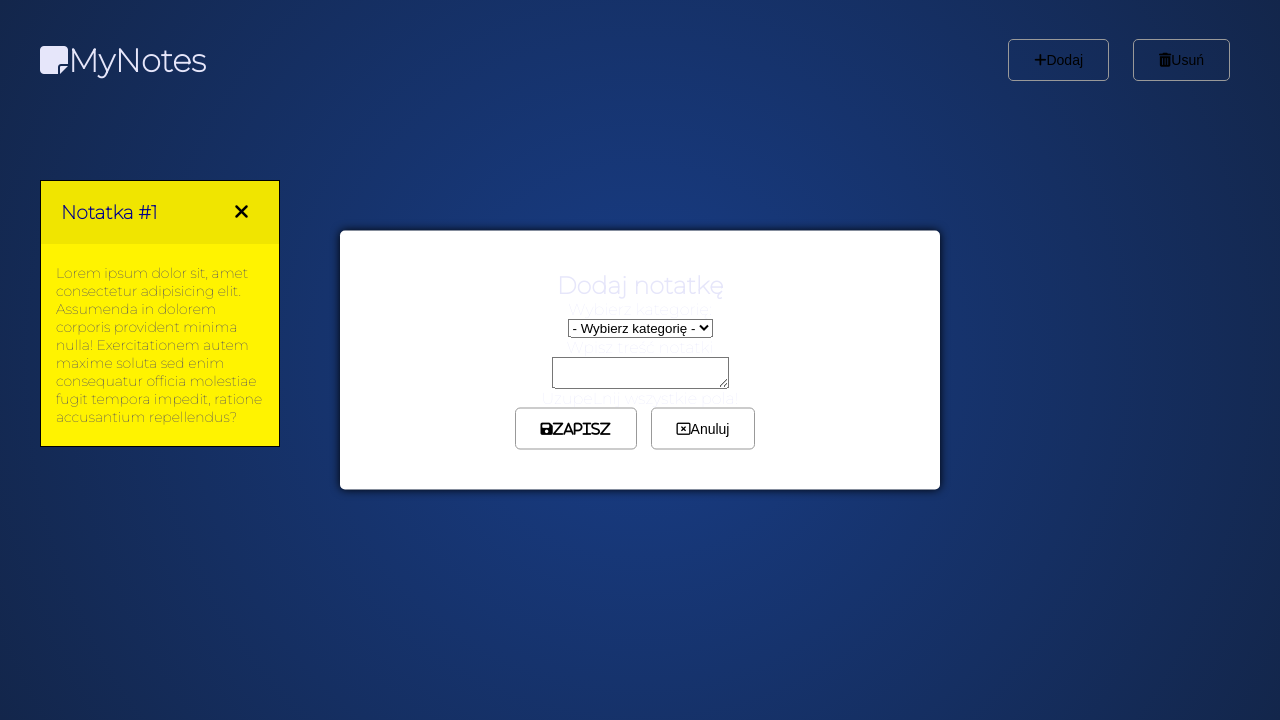
Repository: KrzysKolo/Projekt-7_Notes
Page: js/index.html
The author's editor kept a copy of each file at every save. The page is drawn from the files as they stood at one save, then again after the next save.
The browser window is 1280 px wide. The pictures show the whole page.
Some web libraries are served in a nearby version.

Above is the page before, as saved 2020-07-07 13:57:40.
Console error: SyntaxError: Unexpected token '<'

### js/index.html
<!DOCTYPE html>
<html lang="en">
  <head>
    <meta charset="UTF-8" />
    <meta name="viewport" content="width=device-width, initial-scale=1.0" />
    <title>projekt 6 - My notes</title>
    <script
      src="https://kit.fontawesome.com/21efeaf281.js"
      crossorigin="anonymous"
    ></script>
    <link
      href="https://fonts.googleapis.com/css2?family=Montserrat:wght@100&display=swap"
      rel="stylesheet"
    />
    <link rel="stylesheet" href="./../css/style.css" />
  </head>
  <body>
    <div class="menu">
      <h1><i class="fas fa-sticky-note"></i>MyNotes</h1>
      <div class="menu-buttons">
        <button class="add icon"><i class="fas fa-plus"></i>Dodaj</button>
        <button class="delete-all icon">
          <i class="fas fa-trash-alt"></i>Usuń
        </button>
      </div>
    </div>

    <div class="note-area">
      <div class="note">
        <div class="note-header">
          <h3 class="note-title">Notatka #1</h3>
          <button class="delete-note"><i class="fas fa-times icon"></i></button>
        </div>

        <div class="note-body">
          Lorem ipsum dolor sit, amet consectetur adipisicing elit. Assumenda in
          dolorem corporis provident minima nulla! Exercitationem autem maxime
          soluta sed enim consequatur officia molestiae fugit tempora impedit,
          ratione accusantium repellendus?
        </div>
      </div>
    </div>

    <div class="note-panel">
      <h2>Dodaj notatkę</h2>
      <label for="category">Wybierz kategorię: </label>
      <select id="category">
        <option value="0" disabled selected>- Wybierz kategorię -</option>
        <option value="1">Praca</option>
        <option value="2">Dom</option>
        <option value="3">Zakupy</option>
        <option value="4">Inne</option>
      </select>

      <label for="text">Wpisz treść notatki</label>
      <textarea id="text"></textarea>

      <p class="error">UzupeLnij wszystkie pola!</p>
      <div class="panel-buttons">
        <button class="save icon"><i class="fas fa-save">Zapisz</i></button>
        <button class="cancel icon">
          <i class="far fa-window-close"></i>Anuluj
        </button>
      </div>
    </div>
    <script src="./../js/index.html"></script>
  </body>
</html>

### css/style.css
* {
  box-sizing: border-box;
  padding: 0;
  margin: 0;
}
body {
  height: 100vh;
  font-family: "Montserrat", sans-serif;
  background-image: radial-gradient(
    circle,
    rgba(24, 60, 132, 1) 5%,
    rgba(19, 38, 75, 1) 100%
  );
  color: lavender;
}
.menu {
  display: flex;
  justify-content: space-between;
  align-items: center;
  padding: 40px;
  height: 120px;
}
.menu button,
.note-panel .save,
.note-panel .cancel {
  padding: 12px 25px;
  background: none;
  border: 1px solid #999;
  border-radius: 5px;
  font-size: 14px;
  cursor: pointer;
  transition: background-color 0.3s, color 0.3s;
}
.menu button:hover,
.note-panel .save:hover,
.note-panel .cancel:hover {
  background-color: navy;
  color: paleturquoise;
}
.icon {
  margin-right: 10px;
}
.add {
  margin-right: 20px;
}
.note-area {
  display: flex;
  /*align-items: start;*/
  flex-wrap: wrap;
  padding: 20px;
}
.note {
  margin: 40px 20px;
  width: 240px;
  background-color: rgb(255, 243, 0);
  color: darkblue;
  border: 1px solid black;
}
.note-header {
  display: flex;
  justify-content: space-between;
  align-items: center;
  padding: 20px;
  background-color: rgba(0, 0, 0, 0.06);
}
.note-header .delete-note {
  background: none;
  font-size: 20px;
  border: none;
  cursor: pointer;
}
.note-body {
  padding: 20px 15px;
  font-size: 14px;
}
.note-panel {
  display: flex;
  justify-content: center;
  align-items: center;
  flex-direction: column;
  position: absolute;
  top: 50%;
  left: 50%;
  transform: translate(-50%, -50%);
  padding: 40px 0;
  width: 600px;
  background-color: #fff;
  box-shadow: 0 0 10px black;
  border-radius: 5px;
}

After the next save:
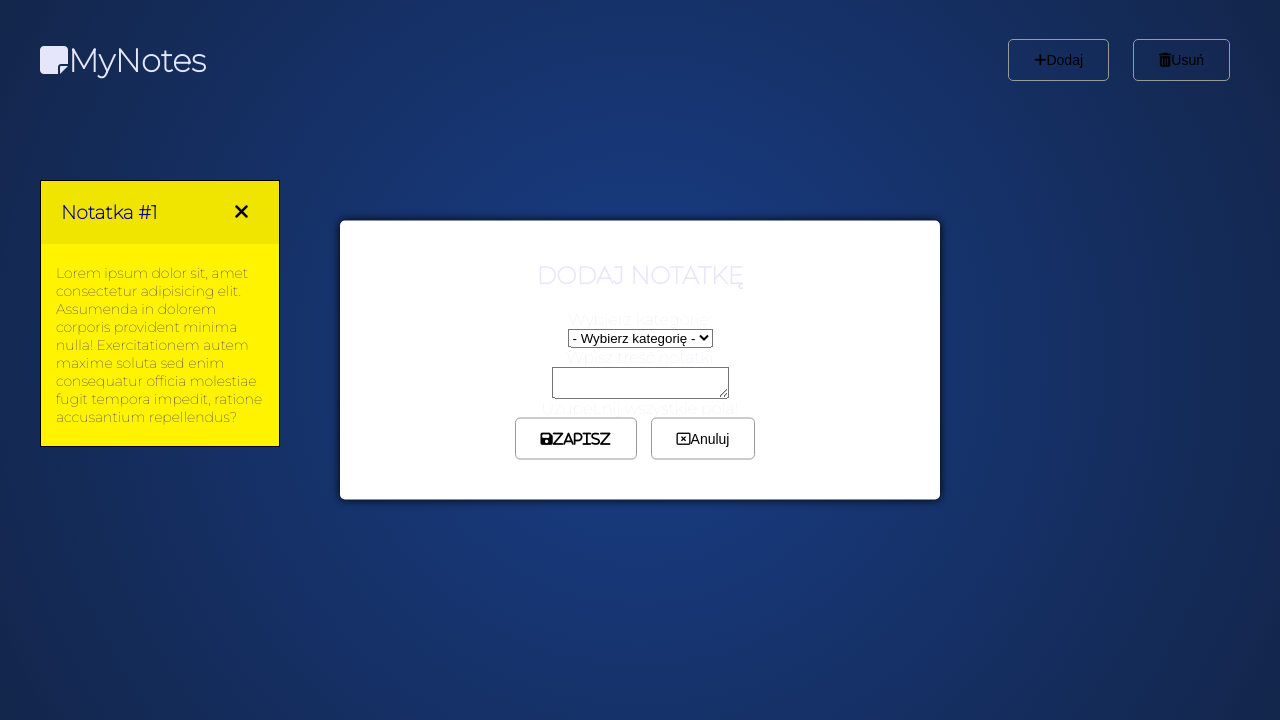
Saved 58 s later.
--- a/css/style.css
+++ b/css/style.css
@@ -88,3 +88,7 @@ body {
   box-shadow: 0 0 10px black;
   border-radius: 5px;
 }
+.note-panel h2 {
+  margin-bottom: 20px;
+  text-transform: uppercase;
+}
